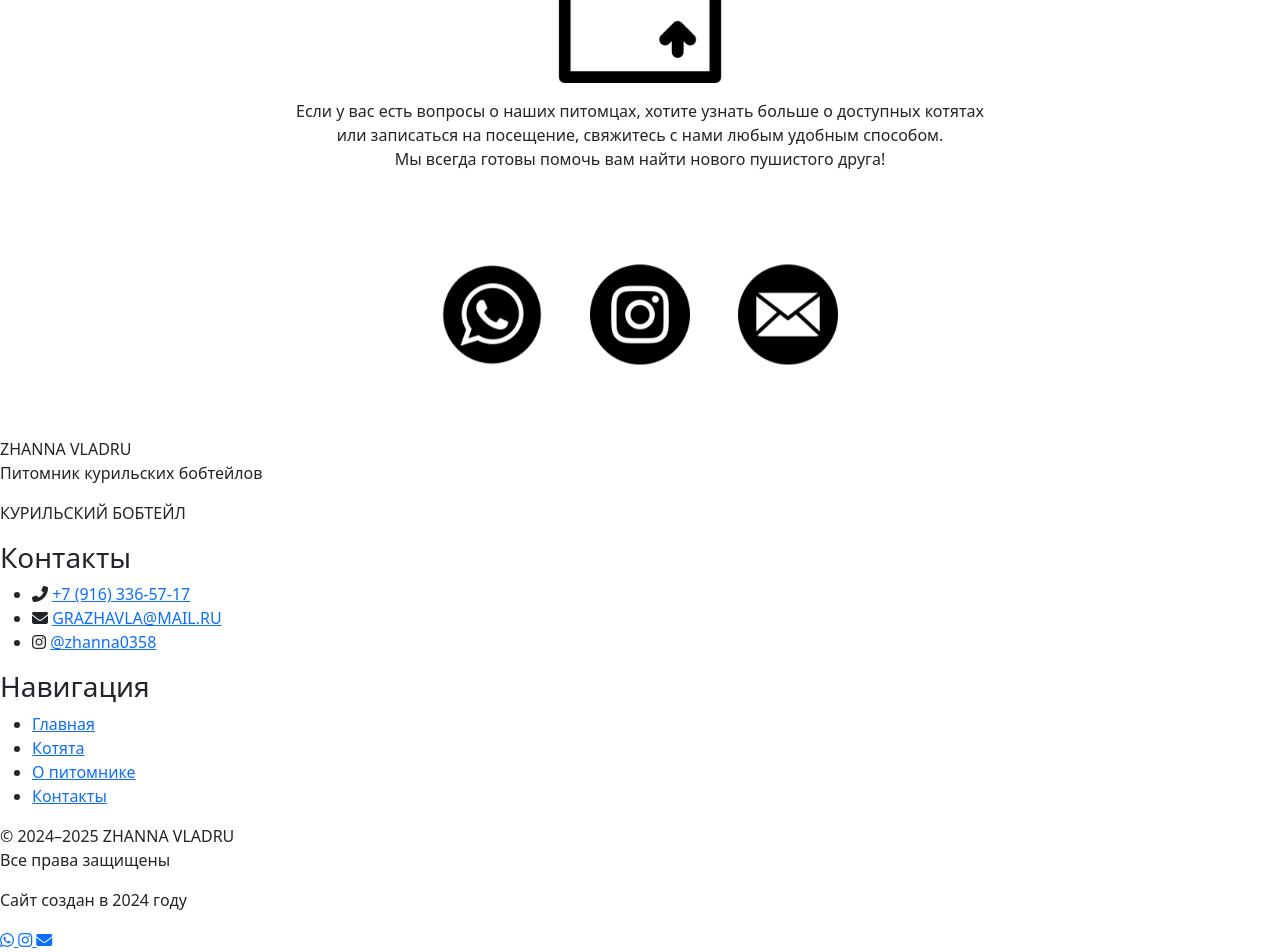
Repository: uliana007/Kuril-bobtails
Page: pages/contacts.html
An editor plug-in stored every save of this project. The page is shown before and after the next save, followed by the edit.
The browser window is 1280 px wide. The pictures show the part of the page from y = 401 to 1353 px (the page is 1353 px tall before and 1341 px after).
A picture or video elsewhere on the page could not be fetched, so the positions and the page height are approximate.

Above is the page before, as saved 2025-11-27 18:39:25.
Console error: TypeError: Cannot read properties of null (reading 'addEventListener')

### pages/contacts.html
<!DOCTYPE html>
<html lang="ru">
<head>
    <meta charset="UTF-8">
    <meta name="viewport" content="width=device-width, initial-scale=1.0">
    <title>Питомника курильских бобтейлов - контакты</title>
<meta name="description" content="Контактные данные питомника курильских бобтейлов — ZHANNA VLADRU: телефон, email, адрес и ссылки на социальные сети. Свяжитесь с нами для подробной информации.">

    <!-- Подключение Bootstrap -->
    <link href="https://cdn.jsdelivr.net/npm/bootstrap@5.3.0/dist/css/bootstrap.min.css" rel="stylesheet">
    <!-- Подключение стилей -->
    <link rel="stylesheet" href="/style/contacts.css">
    <link rel="stylesheet" href="/index.html">
    <link rel="stylesheet" href="./Kittens.html">
    <link rel="stylesheet" href="./benefits.html">
    <link rel="stylesheet" href="./contacts.html">
    <link rel="icon" href="/image/icon/favicon-16x16.png" sizes="16x16" type="image/png">
    <link rel="icon" href="/image/icon/favicon-120x120.png" sizes="120x120" type="image/png">
    <link rel="stylesheet" href="https://cdnjs.cloudflare.com/ajax/libs/font-awesome/6.5.0/css/all.min.css" integrity="sha512-..." crossorigin="anonymous" referrerpolicy="no-referrer" />

</head>
<body>
 <!-- Навигационная панель -->
 <header>
    <nav class="navbar navbar-expand-lg navbar-dark bg-success fixed-top">
        <div class="container-fluid">
            <a class="navbar-brand" href="#"></a>
            <button class="navbar-toggler" type="button" data-bs-toggle="collapse" data-bs-target="#navbarNav" aria-controls="navbarNav" aria-expanded="false" aria-label="Toggle navigation">
                <span class="navbar-toggler-icon"></span>
            </button>
            <div class="collapse navbar-collapse" id="navbarNav">
                <ul class="navbar-nav me-auto mb-2 mb-lg-0">
                    <li class="nav-item">
                        <a class="nav-link" href="/index.html">Главная</a>
                    </li>
                    <li class="nav-item">
                        <a class="nav-link" href="/pages/Kittens.html">Котята</a>
                    </li>
                    <li class="nav-item">
                        <a class="nav-link" href="/pages/benefits.html">О питомнике</a>
                    </li>
                    <li class="nav-item">
                        <a class="nav-link" href="/pages/contacts.html">Контакты</a>
                    </li>
                </ul>
                <div class="d-flex phone-social">
                    <span class="phone-number">+7 916 336 57 17</span>
                    <div class="social-icons">
                        <!-- WhatsApp -->
                        <a href="https://wa.me/+79163365717" class="me-2" target="_blank">
                            <img src="/image/icon/whatsapp.png" alt="WhatsApp">
                        </a>
                        <!-- Instagram for Mobile App Only -->
                        <a href="instagram://user?username=zhanna0358" class="me-2">
                        <img src="/image/icon/instagram.png" alt="Instagram">
                        </a>
                        <!-- Email -->
                        <a href="mailto:GRAZHAVLA@MAIL.RU">
                            <img src="/image/icon/email.png" alt="Email">
                        </a>
                    </div>

                </div>
            </div>
        </div>
    </nav>
</header>

<!-- Бегущая строка -->
<div class="marquee-container mt-5">
    <div class="marquee">
        <!-- Дублируем содержимое для непрерывности -->
        <div class="marquee-content">
            <span class="marquee-item">
                <img src="/image/icon/cat.png" alt="Иконка лапки" class="marquee-icon">
                ПОМЕТ 2024
            </span>
        <span class="marquee-item">
            <img src="/image/icon/cat.png" alt="Иконка лапки" class="marquee-icon">
            ПОМЕТ 2024
        </span>
        <span class="marquee-item">
            <img src="/image/icon/cat.png" alt="Иконка лапки" class="marquee-icon">
            ПОМЕТ 2024
        </span>
        <span class="marquee-item">
            <img src="/image/icon/cat.png" alt="Иконка лапки" class="marquee-icon">
            ПОМЕТ 2024
        </span>
        <span class="marquee-item">
            <img src="/image/icon/cat.png" alt="Иконка лапки" class="marquee-icon">
            ПОМЕТ 2024
        </span>
    </div>
    <div class="marquee-content">
        <span class="marquee-item">
            <img src="/image/icon/cat.png" alt="Иконка лапки" class="marquee-icon">
            ПОМЕТ 2024
        </span>
        <span class="marquee-item">
            <img src="/image/icon/cat.png" alt="Иконка лапки" class="marquee-icon">
            ПОМЕТ 2024
        </span>
        <span class="marquee-item">
            <img src="/image/icon/cat.png" alt="Иконка лапки" class="marquee-icon">
            ПОМЕТ 2024
        </span>
        <span class="marquee-item">
            <img src="/image/icon/cat.png" alt="Иконка лапки" class="marquee-icon">
            ПОМЕТ 2024
        </span>
        <span class="marquee-item">
            <img src="/image/icon/cat.png" alt="Иконка лапки" class="marquee-icon">
            ПОМЕТ 2024
        </span>
        <span class="marquee-item">
            <img src="/image/icon/cat.png" alt="Иконка лапки" class="marquee-icon">
            ПОМЕТ 2024
        </span>
        <span class="marquee-item">
            <img src="/image/icon/cat.png" alt="Иконка лапки" class="marquee-icon">
            ПОМЕТ 2024
        </span>
        <span class="marquee-item">
            <img src="/image/icon/cat.png" alt="Иконка лапки" class="marquee-icon">
            ПОМЕТ 2024
        </span>
        <span class="marquee-item">
            <img src="/image/icon/cat.png" alt="Иконка лапки" class="marquee-icon">
            ПОМЕТ 2024
        </span>
        <span class="marquee-item">
            <img src="/image/icon/cat.png" alt="Иконка лапки" class="marquee-icon">
            ПОМЕТ 2024
        </span>
        <span class="marquee-item">
            <img src="/image/icon/cat.png" alt="Иконка лапки" class="marquee-icon">
            ПОМЕТ 2024
        </span>
        <span class="marquee-item">
            <img src="/image/icon/cat.png" alt="Иконка лапки" class="marquee-icon">
            ПОМЕТ 2024
        </span>
        <span class="marquee-item">
            <img src="/image/icon/cat.png" alt="Иконка лапки" class="marquee-icon">
            ПОМЕТ 2024
        </span>
        <span class="marquee-item">
            <img src="/image/icon/cat.png" alt="Иконка лапки" class="marquee-icon">
            ПОМЕТ 2024
        </span>
        <span class="marquee-item">
            <img src="/image/icon/cat.png" alt="Иконка лапки" class="marquee-icon">
            ПОМЕТ 2024
        </span>
        <span class="marquee-item">
            <img src="/image/icon/cat.png" alt="Иконка лапки" class="marquee-icon">
            ПОМЕТ 2024
        </span>
        <span class="marquee-item">
            <img src="/image/icon/cat.png" alt="Иконка лапки" class="marquee-icon">
            ПОМЕТ 2024
        </span>
    </div>
</div>
</div>

<main>
   <!-- секция преимущества -->
<section id="advantages" class="advantages-section">
    <h2 class="text-center"><br>
        <span style="color: black;">Наши контакты</span>
    </h2>
<br>
    <p class="text-center description-text">
        Мы рады, что вы заинтересовались нашими удивительными котятами!
    </p>
    <p class="text-center">
        <img src="/image/icon/cat-contacts.png" alt="Иконка котенка" width="200" height="200">
    </p>
    <p class="text-center description-text">
        Если у вас есть вопросы о наших питомцах, хотите узнать больше о доступных котятах<br>
        или записаться на посещение, свяжитесь с нами любым удобным способом.<br>
        Мы всегда готовы помочь вам найти нового пушистого друга!
    </p><br>
    <br>

<br>
    <div class="contact-icons text-center">
        <a href="https://wa.me/+79163365717" class="me-2" target="_blank">
            <img src="/image/icon/free-icon-whatsapp-3670302.png" alt="WhatsApp" class="contact-icon">
            <span class="contact-text">WhatsApp</span>
        </a>
        <a href="instagram://user?username=zhanna0358" class="me-2">
            <img src="/image//icon/free-icon-instagram-1384015.png" alt="Instagram" class="contact-icon">
            <span class="contact-text">Instagram</span>
        </a>
        <a href="mailto:GRAZHAVLA@MAIL.RU">
            <img src="/image/icon/free-icon-email-6129053.png" alt="Email" class="contact-icon">
            <span class="contact-text">Email</span>
        </a>
    </div>

    <br>
    <br>

</section>

<!-- Здесь был старый футер — удаляем его полностью -->

    <div id="footer-placeholder"></div>
    <script>
        fetch('/footer.html')
            .then(response => response.text())
            .then(data => {
                document.getElementById('footer-placeholder').outerHTML = data;
            });
    </script>



<!-- Подключение Bootstrap JS -->
<script src="https://cdn.jsdelivr.net/npm/bootstrap@5.3.0/dist/js/bootstrap.bundle.min.js"></script>
<script src="/script.js"></script>
</body>
</html>

### footer.html
<!-- footer.html — общий футер с Font Awesome иконками -->
<footer class="site-footer">
    <div class="footer-top-strip"></div>

    <div class="footer-container">
        <!-- Левая часть — логотип и название питомника -->
        <div class="footer-left">
            <div class="footer-logo">
                <span class="logo-text">ZHANNA VLADRU</span>
            </div>
            <p class="footer-subtitle">Питомник курильских бобтейлов</p>
            <p class="footer-title">КУРИЛЬСКИЙ БОБТЕЙЛ</p>
        </div>

        <!-- Центральная часть — контакты и навигация -->
        <div class="footer-center">
            <h3 class="footer-heading">Контакты</h3>
            <ul class="footer-contacts">
                <li><i class="fas fa-phone-alt"></i> <a href="tel:+79163365717">+7 (916) 336-57-17</a></li>
                <li><i class="fas fa-envelope"></i> <a href="mailto:GRAZHAVLA@MAIL.RU">GRAZHAVLA@MAIL.RU</a></li>
                <li><i class="fab fa-instagram"></i> <a href="https://instagram.com/zhanna0358" target="_blank">@zhanna0358</a></li>
            </ul>

            <h3 class="footer-heading footer-nav-title">Навигация</h3>
            <ul class="footer-nav">
                <li><a href="/index.html">Главная</a></li>
                <li><a href="/pages/Kittens.html">Котята</a></li>
                <li><a href="/pages/benefits.html">О питомнике</a></li>
                <li><a href="/pages/contacts.html">Контакты</a></li>
            </ul>
        </div>

        <!-- Правая часть — копирайт + иконки соцсетей (Font Awesome) -->
        <div class="footer-right">
            <p class="footer-copyright">
                © 2024–2025 ZHANNA VLADRU<br>
                Все права защищены
            </p>
            <p class="footer-made">Сайт создан в 2024 году</p>

            <div class="footer-socials">
                <!-- WhatsApp -->
                <a href="https://wa.me/+79163365717" target="_blank" class="social-icon" aria-label="WhatsApp">
                    <i class="fab fa-whatsapp"></i>
                </a>

                <!-- Instagram — умная ссылка (приложение на мобильных, сайт на ПК) -->
                <a href="#" id="instagram-footer-link" class="social-icon" aria-label="Instagram">
                    <i class="fab fa-instagram"></i>
                </a>

                <!-- Email -->
                <a href="mailto:GRAZHAVLA@MAIL.RU" class="social-icon" aria-label="Email">
                    <i class="fas fa-envelope"></i>
                </a>
            </div>
        </div>
    </div>

    <div class="footer-bottom-strip"></div>
</footer>

<!-- Умная ссылка для Instagram (точно как у тебя в шапке) -->
<script>
    const isMobile = /iPhone|iPad|iPod|Android/i.test(navigator.userAgent);
    const instagramLink = document.getElementById('instagram-footer-link');
    if (instagramLink) {
        instagramLink.href = isMobile
            ? "instagram://user?username=zhanna0358"
            : "https://www.instagram.com/zhanna0358";
    }
</script>

### style/footer.css
/* ====================== FOOTER ====================== */
.site-footer {
    margin-top: 0;
    font-family: 'Arial', sans-serif;
    color: #fff;
    background-color: #000;
    overflow: hidden;
}

.footer-top-strip {
    height: 12px;
    background: linear-gradient(to right, #ff823c 0%, #ff5e0a 100%);
}

.footer-bottom-strip {
    height: 8px;
    background: #ff823c;
}

/* Основной контейнер */
.footer-container {
    max-width: 1200px;
    margin: 0 auto;
    padding: 70px 20px 50px;
    display: grid;
    grid-template-columns: 1.2fr 1fr 1fr;
    gap: 50px;
    align-items: start;
}

/* Левая часть — логотип */
.footer-logo { margin-bottom: 20px; }
.logo-text {
    font-size: 36px;
    font-weight: 900;
    letter-spacing: 3px;
    color: #ff823c;
    text-transform: uppercase;
}
.footer-subtitle {
    font-size: 16px;
    opacity: 0.9;
    margin: 8px 0;
}
.footer-title {
    font-size: 28px;
    font-weight: 700;
    margin: 12px 0 0;
    line-height: 1.2;
}

/* Заголовки */
.footer-heading {
    font-size: 18px;
    font-weight: 700;
    margin-bottom: 20px;
    color: #ff823c;
    text-transform: uppercase;
    letter-spacing: 1px;
}

/* Отступ между "Контакты" и "Навигация" */
.footer-nav-title {
    margin-top: 40px; /* ← вот этот отступ ты просила */
}

/* Списки */
.footer-contacts,
.footer-nav {
    list-style: none;
    padding: 0;
    margin: 0;
}
.footer-contacts li,
.footer-nav li {
    margin-bottom: 12px;
    font-size: 16px;
}
.footer-contacts a,
.footer-nav a {
    color: #fff;
    text-decoration: none;
    transition: color 0.3s;
}
.footer-contacts a:hover,
.footer-nav a:hover {
    color: #ff823c;
}
.footer-contacts i {
    width: 20px;
    color: #ff823c;
    margin-right: 8px;
}

/* Копирайт и иконки соцсетей */
.footer-copyright {
    font-size: 14px;
    line-height: 1.5;
    opacity: 0.8;
    margin-bottom: 10px;
}
.footer-made {
    font-size: 14px;
    opacity: 0.7;
    margin-bottom: 25px;
}

/* Соцсети внизу справа */
.footer-socials {
    display: flex;
    gap: 18px;
    justify-content: flex-start;
}
.social-icon {
    color: #fff;
    font-size: 24px;
    transition: all 0.3s ease;
}
.social-icon:hover {
    color: #ff823c;
    transform: translateY(-3px);
}

/* ====================== АДАПТИВНОСТЬ ====================== */
@media (max-width: 992px) {
    .footer-container {
        grid-template-columns: 1fr 1fr;
        gap: 40px;
    }
    .footer-right {
        grid-column: 1 / -1;
        text-align: center;
    }
    .footer-socials {
        justify-content: center;
    }
}

@media (max-width: 768px) {
    .footer-container {
        grid-template-columns: 1fr;
        text-align: center;
        gap: 50px;
    }
    .footer-left,
    .footer-center,
    .footer-right {
        text-align: center;
    }
    .logo-text { font-size: 30px; }
    .footer-title { font-size: 24px; }
    .footer-nav-title { margin-top: 35px; }
    .footer-socials { justify-content: center; }
}

@media (max-width: 480px) {
    .footer-container { padding: 50px 15px 40px; }
    .logo-text { font-size: 26px; }
    .social-icon { font-size: 22px; }
}

Loaded but not shown: script/script.js (7 lines, source omitted); pages/Kittens.html (672 lines, source omitted); index.html (577 lines, source omitted); style/contacts.css (449 lines, source omitted); pages/benefits.html (251 lines, source omitted)

After the next save:
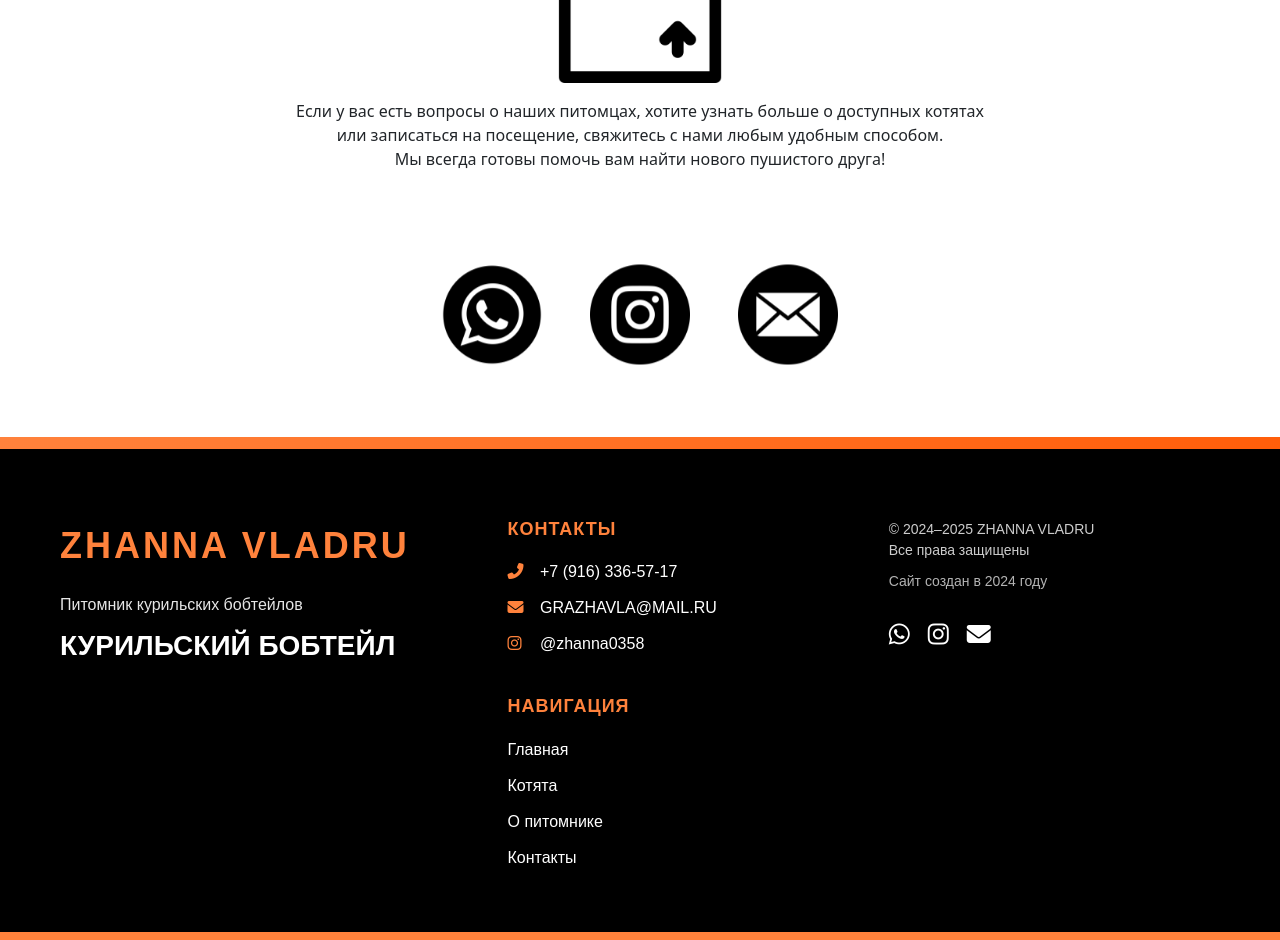
Saved 12 s later.
--- a/pages/contacts.html
+++ b/pages/contacts.html
@@ -10,6 +10,7 @@
     <link href="https://cdn.jsdelivr.net/npm/bootstrap@5.3.0/dist/css/bootstrap.min.css" rel="stylesheet">
     <!-- Подключение стилей -->
     <link rel="stylesheet" href="/style/contacts.css">
+    <link rel="stylesheet" href="/style/footer.css">
     <link rel="stylesheet" href="/index.html">
     <link rel="stylesheet" href="./Kittens.html">
     <link rel="stylesheet" href="./benefits.html">
